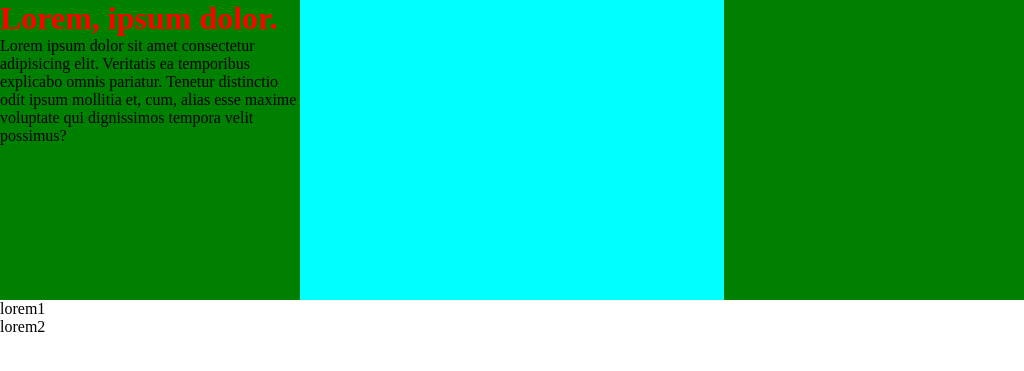
Repository: AytacSafarova/Scss-sample
Page: pages/homePage/index.html
An editor plug-in stored every save of this project. The page is shown before and after a run of saves, followed by the edit.
The browser window is 1024 px wide. The pictures show the whole page.
The style sheet was rebuilt from its Sass, Less or Tailwind sources for each picture, by a compiler version that may differ from the author's.

Above is the page before, as saved 2023-11-09 14:30:07.

### pages/homePage/index.html
<!DOCTYPE html>
<html lang="en">
  <head>
    <meta charset="UTF-8" />
    <meta name="viewport" content="width=device-width, initial-scale=1.0" />
    <title>Document</title>
    <link rel="stylesheet" href="../../assets/css/reset.css" />
    <link rel="stylesheet" href="./index.css">
  </head>
  <body>
    <div class="container">
      <div class="child">
        <h1>Lorem, ipsum dolor.</h1>
        <p>
          Lorem ipsum dolor sit amet consectetur adipisicing elit. Veritatis ea
          temporibus explicabo omnis pariatur. Tenetur distinctio odit ipsum
          mollitia et, cum, alias esse maxime voluptate qui dignissimos tempora
          velit possimus?
        </p>
      </div>
      <div class="child-1">
        <p>
          Lorem ipsum dolor sit amet consectetur, adipisicing elit. Hic, ab
          saepe alias consectetur natus mollitia cumque ducimus sapiente
          repudiandae deserunt amet officia similique quo distinctio autem! Aut
          laborum doloremque itaque.
        </p>
      </div>
    </div>
    <div class="container-1">
      <p>lorem1</p>
      <p>lorem2</p>
    </div>
  </body>
</html>

### assets/css/reset.css
*{
    margin: 0;
    padding: 0;
    box-sizing: border-box;
}
button{
    border: none;
}
li{
    list-style-type:none ;
}
a{
    text-decoration: none;
}

### pages/homePage/index.scss
/* variable */
$boxColor:green;

/* mixins */
@mixin box-size {
    width: 300px;
    height: 300px;
}
@mixin display-style{
    display:flex;
    justify-content:space-between;
    align-items:center;
}

.container {
    @include display-style;
  background-color: aqua;
  @media screen {

  }
  .child {
    @include box-size;
    background-color: $boxColor;
    h1 {
      color: red;
    }
  }
  .child-1{
    @include box-size;
    background-color: $boxColor;
    p{
        color: green;
    }
  }
}

After the next 4 saves:
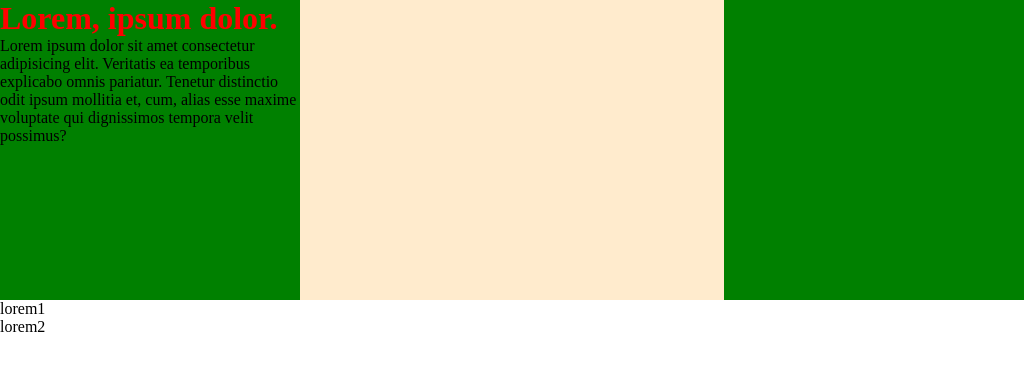
The 4 saves are shown as one change because they came seconds apart.
The last was saved 17 s later.
--- a/pages/homePage/index.scss
+++ b/pages/homePage/index.scss
@@ -15,8 +15,8 @@ $boxColor:green;
 .container {
     @include display-style;
   background-color: aqua;
-  @media screen {
-
+  @media screen  and (max-width:1024px){
+    background-color: blanchedalmond;
   }
   .child {
     @include box-size;
